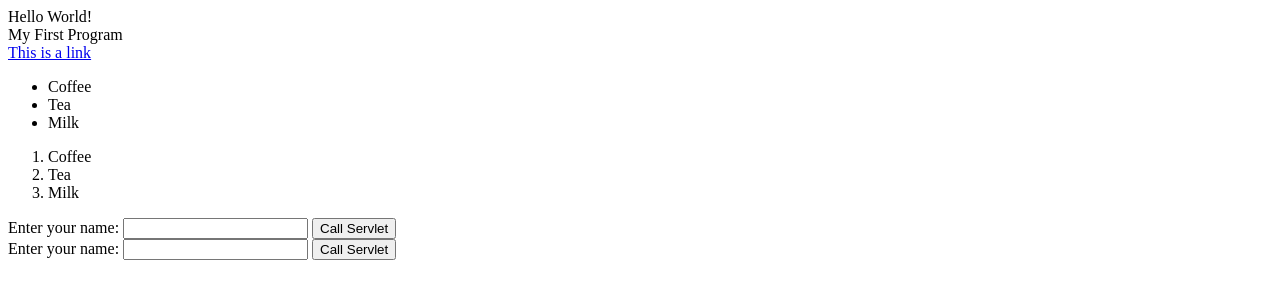
Repository: JayaramaNalka/Read-And-Sort-Name-in-Text-File
Page: http://localhost/HelloWorldJSP/helloWorld.jsp
These files come from the project's save history. The page is drawn as it stood at one moment and after the next save; the edit follows.
The browser window is 1280 px wide. The pictures show the whole page.
The page is served by Tomcat 9.

Above is the page before, as saved 2018-07-10 10:33:15.

After the next save:
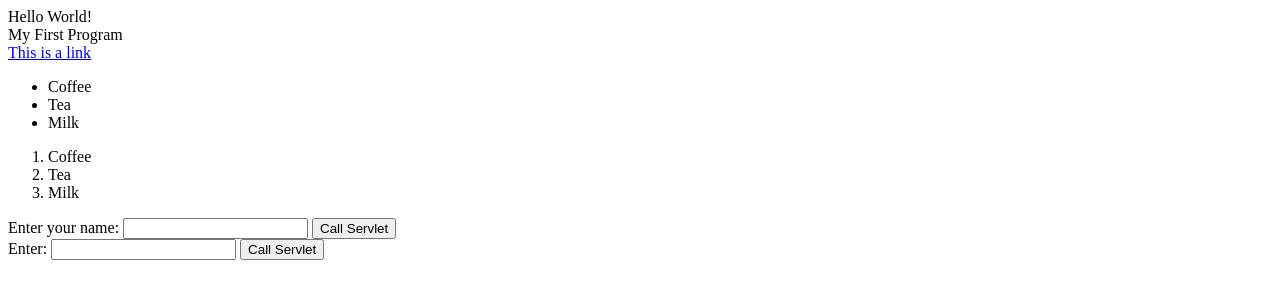
Saved 13 s later.
--- a/HelloWorldJSP/WebContent/helloWorld.jsp
+++ b/HelloWorldJSP/WebContent/helloWorld.jsp
@@ -30,7 +30,7 @@
 </form>
 
 <form action="/MyServlet" method="get">
-    Enter your name: <input type="text" name="yourName" size="20">
+    Enter: <input type="text" name="yourName" size="20">
     <input type="submit" value="Call Servlet" />
 </form>
 
